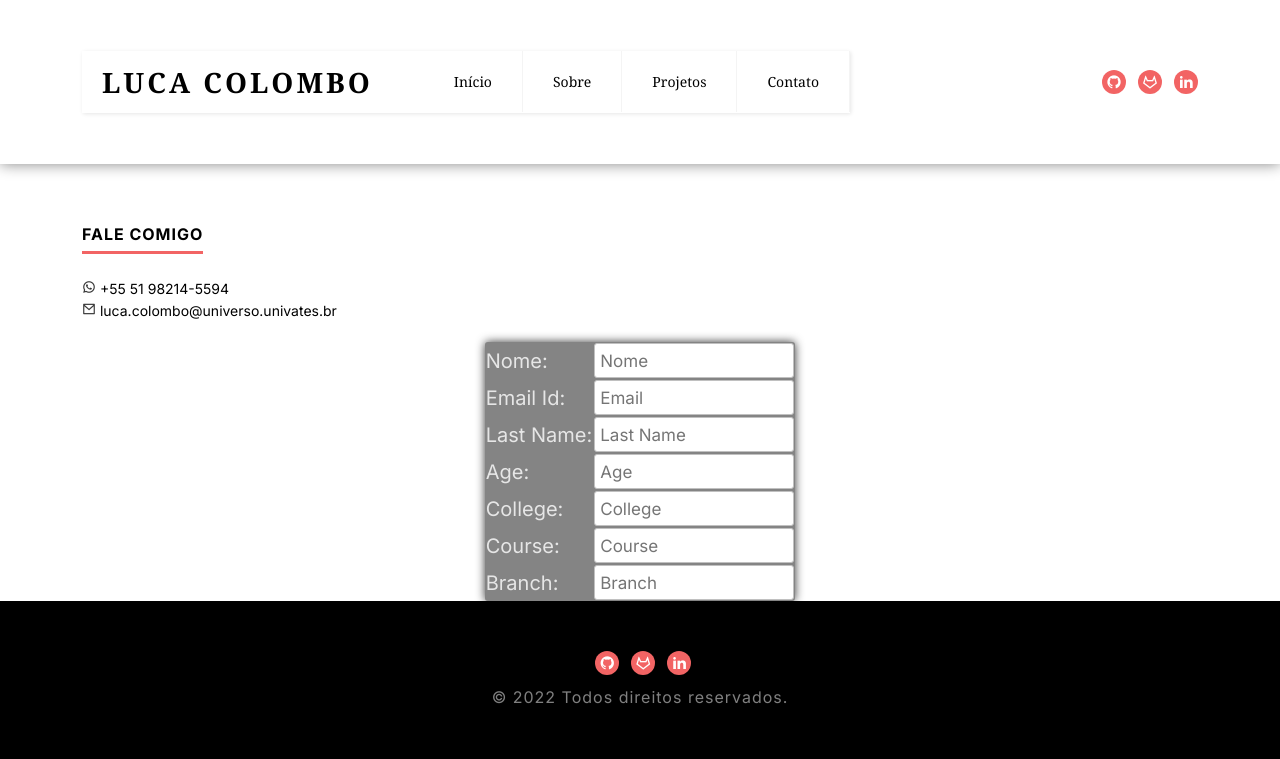
Repository: lxcxcxlxmb/portfolio
Page: contato.html
These files come from the project's save history. The page is drawn as it stood at one moment and after the next save; the edit follows.
The browser window is 1280 px wide. The pictures show the whole page.

Above is the page before, as saved 2022-05-25 16:46:53.

### contato.html
<!doctype html>
<html lang="pt-BR">

<head>
  <!-- Required meta tags -->
  <meta charset="utf-8">
  <meta name="viewport" content="width=device-width, initial-scale=1">
  <!-- Google Fots -->
  <link rel="preconnect" href="https://fonts.googleapis.com">
  <link rel="preconnect" href="https://fonts.gstatic.com" crossorigin>
  <link href="https://fonts.googleapis.com/css2?family=Inter:wght@100;200;300;400;500;600;700;800;900&display=swap"
    rel="stylesheet">
  <!-- Remixicon Icon -->
  <link href="https://cdn.jsdelivr.net/npm/remixicon@2.5.0/fonts/remixicon.css" rel="stylesheet">
  <!-- Remixicon Icon -->
  <!-- Bootstrap CSS -->
  <link href="https://cdn.jsdelivr.net/npm/bootstrap@5.0.2/dist/css/bootstrap.min.css" rel="stylesheet"
    integrity="sha384-EVSTQN3/azprG1Anm3QDgpJLIm9Nao0Yz1ztcQTwFspd3yD65VohhpuuCOmLASjC" crossorigin="anonymous">
  <link href="https://unpkg.com/aos@2.3.1/dist/aos.css" rel="stylesheet">
  <!-- Main CSS -->
  <link href="styles.css" rel="stylesheet">
  <link rel="stylesheet" href="reset.css">


  <title>contato</title>
</head>

<body>

  <!-- header -->
  <header class="ds-header" id="site-header">
    <div class="container">
      <div class="ds-header-inner">
        <!-- logo -->
        <a href="index.html" class="ds-logo">
          <span>L</span>Luca Colombo
        </a>
        <div class="header">
          <a href="index.html" class="logo">Luca Colombo</a>
          <input class="menu-btn" type="checkbox" id="menu-btn" />
          <label class="menu-icon" for="menu-btn"><span class="navicon"></span></label>
          <ul class="menu">
            <li><a href="index.html">Início</a></li>
            <li><a href="sobre.html">Sobre</a></li>
            <li><a href="projetos.html">Projetos</a></li>
            <li><a href="contato.html">Contato</a></li>
          </ul>
        </div>
        <!-- social -->
        <ul class="ds-social">
          <li><a href="https://github.com/lxcxcxlxmb" target="_blank"><i class="ri-github-fill"></i></a></li>
          <li><a href="https://gitlab.com/lxcxcxlxmbx" target="_blank"><i class="ri-gitlab-line"></i></a></li>
          <li><a href="https://www.linkedin.com/in/luca--colombo/" target="_blank"><i class="ri-linkedin-fill"></i></a>
          </li>
        </ul>
        <!-- social -->
      </div>
    </div>
  </header>
  <div class="ds-about-section">
    <div class="container">
      <section>
        <h2 class="ds-heading">Fale comigo</h2><br>
        <i class="ri-whatsapp-line"></i> <a href="tel:+5551982145594">+55 51 98214-5594</a><br>
        <i class="ri-mail-line"></i><a href="mailto:luca.colombo@universo.univates.br">
          luca.colombo@universo.univates.br</a><br><br>

<table align=center cellspacing=10>
 <th class="hidden_th">First Name:</th>
 <tr>
  <td class="column1">Nome:</td>
  <td><input type="text" placeholder="Nome"></td>
 </tr>

 <th class="hidden_th">Email Id:</th>
 <tr>
  <td class="column1">Email Id:</td>
  <td><input type="text" placeholder="Email"></td>
 </tr>

 <th class="hidden_th">Last Name:</th>
 <tr>
  <td class="column1">Last Name:</td>
  <td><input type="text" placeholder="Last Name"></td>
 </tr>

 <th class="hidden_th">Age:</th>
 <tr>
  <td class="column1">Age:</td>
  <td><input type="text" placeholder="Age"></td>
 </tr>

 <th class="hidden_th">College:</th>
 <tr>
  <td class="column1">College:</td>
  <td><input type="text" placeholder="College"></td>
 </tr>

 <th class="hidden_th">Course:</th>
 <tr>
  <td class="column1">Course:</td>
  <td><input type="text" placeholder="Course"></td>
 </tr>

 <th class="hidden_th">Branch:</th>
 <tr>
  <td class="column1">Branch:</td>
  <td><input type="text" placeholder="Branch"></td>
 </tr>



</table>
      </section>
    </div>
  </div>
  <footer class="ds-footer text-center">
    <div class="container">
      <section>
        <ul class="ds-social">
          <li><a href="https://github.com/lxcxcxlxmb" target="_blank"><i class="ri-github-fill"></i></a></li>
          <li><a href="https://gitlab.com/lxcxcxlxmbx" target="_blank"><i class="ri-gitlab-line"></i></a></li>
          <li><a href="https://www.linkedin.com/in/luca--colombo/" target="_blank"><i class="ri-linkedin-fill"></i></a>
          </li>
        </ul>
      </section>
      <span class="ds-copyright">© 2022 Todos direitos reservados.</span>
    </div>
  </footer>

</body>

</html>

### styles.css
/*
Theme Name: Jason Stroff

  1. >>> Headr Style
  2. >>> Banner Style
  3. >>> About Style
  4. >>> Skills Style
  5. >>> Experience Style
  6. >>> Work Style
  7. >>> Footer Style

*/
/*--------------------------------------------------------------
>>> TABLE OF CONTENTS:
----------------------------------------------------------------*/
html {
	font-family: 'Inter', sans-serif;
	background-color: #FFF
}

body {
	font-family: 'Inter', sans-serif;
	overflow-x: hidden;
	background-color: #FFF;
	font-weight: 400;
	font-style: normal;
	color: #373737;
	font-size: 14px
}

a,
a:hover,
a:focus,
i,
input,
button,
input:focus,
.transition {
	text-decoration: none;
	outline: none;
	transition-delay: 0s;
	transition-duration: 0.4s;
	transition-property: all;
	transition-timing-function: ease;
	box-shadow: none;
}

a {
	color: #000
}

iframe {
	border: 0;
	outline: none;
}

::-moz-selection {
	background: #000;
	text-shadow: none;
	color: #FFF
}

::selection {
	background: #000;
	text-shadow: none;
	color: #FFF
}

img {
	max-width: 100%;
	border: none;
	outline: none;
	height: auto;
}

input,
textarea {
	border-radius: 0;
	resize: none;
}

ul {
	padding: 0;
	margin: 0;
}

@font-face {
	font-family: 'Inter', sans-serif;
}

input:-webkit-autofill,
textarea:-webkit-autofill,
select:-webkit-autofill {
	background-color: transparent;
	background-image: none;
	color: #000;
}

/* 1.2 Typography */
h1,
h2,
h3,
h4,
h5,
h6 {
	font-family: 'Inter', sans-serif;
}

figure {
	margin: 0
}

svg,
img {
	max-width: 100%;
	height: auto;
}

/*-----------------------------------------------------------------
  1. >>> Headr Style
----------------------------------------------------------------*/
.ds-header {
	position: relative;
	top: 0;
	width: 100%;
	z-index: 5;
	background-color: #FFF;
	padding: 70px 0;
	transition-delay: 0s;
	transition-duration: 0.4s;
	transition-property: all;
	transition-timing-function: ease;
	box-shadow: 0 0 1em #858585;
	display: flex;
	align-items: center;
	justify-content: space-between;
}

.ds-header.ds-fixed-header {
	padding: 20px 0;
	box-shadow: 0px 0px 20px rgba(0, 0, 0, 0.25);
}

.ds-header-inner {
	display: flex;
	justify-content: space-between;
	align-items: center;
}

.logo {
	font-family:Georgia, 'Times New Roman', Times, serif;
	text-transform: uppercase;
	font-weight: bold;
	font-size: 18px;
	letter-spacing: 3px;
	color: #000;
	display: flex;
	align-items: center;
	flex-wrap: nowrap;
}

.logo span {
	display: flex;
	align-items: center;
	justify-content: center;
	width: 40px;
	height: 40px;
	background-color: #000;
	border-radius: 4px;
	color: #FFF;
	font-size: 22px;
	font-weight: 600;
	text-align: center;
}

.logo:hover {
	color: #F26464;
}

.ds-social {
	list-style: none;
	display: flex;
	align-items: center;
	flex-wrap: wrap;
}

.ds-social li {
	margin-left: 12px;
}

.ds-social li:first-child {
	margin-left: 0;
}

.ds-social li a {
	border-radius: 100%;
	color: #FFF;
	width: 24px;
	height: 24px;
	background-color: #F26464;
	display: flex;
	justify-content: center;
	align-items: center;
	text-align: center;
	font-size: 16px;
}

.ds-social li a:hover {
	background-color: #000;
	color: #FFF;
}

/*.ds-navbar {
	display: inline-block;
	color: #373737;
	font-size: 16px;
	padding: 10px 20px;
	background-color: #FFF;
	margin-right: 15px;
	margin-bottom: 15px;
	margin-top: 15px;
	font-weight: 500;
}*/

.activ {
	color: #fff;
	background-color: #FF0077;
}

.inactiv {
	color: #494949;
}

.inactiv:hover {
	color: #FF0077;
}

.header {
	background-color: #fff;
	box-shadow: 1px 1px 4px 0 rgba(0,0,0,.1);
	position: absolute;
	align-items: center;
	vertical-align: middle;
	width: 60%;
	z-index: 3;
  }

  .header ul {
	margin: 0;
	padding: 0;
	font-family:Georgia, 'Times New Roman', Times, serif;
	list-style: none;
	overflow: hidden;
	background-color: #fff;
  }

  .header li a {
	display: block;
	padding: 20px 20px;
	border-right: 1px solid #f4f4f4;
	text-decoration: none;
  }

  .header li a:hover,
  .header .menu-btn:hover {
	background-color: #f4f4f4;
	color: #F26464;
  }

  .header .logo {
	display: block;
	float: left;
	font-size: 2em;
	padding: 10px 20px;
	text-decoration: none;
  }

  /* menu */

  .header .menu {
	clear: both;
	max-height: 0;
	transition: max-height .2s ease-out;
  }

  /* menu icon */

  .header .menu-icon {
	cursor: pointer;
	display: inline-block;
	float: right;
	padding: 28px 20px;
	position: relative;
	user-select: none;
  }

  .header .menu-icon .navicon {
	background: #333;
	display: block;
	height: 2px;
	position: relative;
	transition: background .2s ease-out;
	width: 18px;
  }

  .header .menu-icon .navicon:before,
  .header .menu-icon .navicon:after {
	background: #333;
	content: '';
	display: block;
	height: 100%;
	position: absolute;
	transition: all .2s ease-out;
	width: 100%;
  }

  .header .menu-icon .navicon:before {
	top: 5px;
  }

  .header .menu-icon .navicon:after {
	top: -5px;
  }

  /* menu btn */

  .header .menu-btn {
	display: none;
  }

  .header .menu-btn:checked ~ .menu {
	max-height: 240px;
  }

  .header .menu-btn:checked ~ .menu-icon .navicon {
	background: transparent;
  }

  .header .menu-btn:checked ~ .menu-icon .navicon:before {
	transform: rotate(-45deg);
  }

  .header .menu-btn:checked ~ .menu-icon .navicon:after {
	transform: rotate(45deg);
  }

  .header .menu-btn:checked ~ .menu-icon:not(.steps) .navicon:before,
  .header .menu-btn:checked ~ .menu-icon:not(.steps) .navicon:after {
	top: 0;
  }

  /* 48em = 768px */

  @media (min-width: 48em) {
	.header li {
	  float: left;
	}
	.header li a {
	  padding: 20px 30px;
	}
	.header .menu {
	  clear: none;
	  float: right;
	  max-height: none;
	}
	.header .menu-icon {
	  display: none;
	}
  }

/*-----------------------------------------------------------------
  2. >>> Banner Style
----------------------------------------------------------------*/
.ds-banner section {
	padding-left: 70px;
	padding-right: 00px;
}

.ds-banner section h1 span {
	display: block;
	text-transform: uppercase;
	letter-spacing: 1px;
	font-weight: 500;
	font-size: 16px;
	padding-top: 30px;
}

.ds-banner section h1 {
	font-weight: 600;
	font-size: 48px;
	line-height: 60px;
	color: #000;
}

.ds-numbervalulist {
	list-style: none;
	display: flex;
	align-items: center;
	flex-wrap: wrap;
	margin: 0;
	padding: 0;
	margin-top: 60px;
}

.ds-numbervalulist li {
	margin-right: 60px;
}

.ds-numbervalulist li:last-child {
	margin-right: 0;
}

.ds-numbervalulist strong {
	display: block;
	color: #F26464;
	font-size: 36px;
	font-weight: 800;
}

.ds-numbervalulist span {
	font-size: 16px;
	letter-spacing: 1px;
}

/*-----------------------------------------------------------------
  3. >>> About Style
----------------------------------------------------------------*/
.ds-about-section {
	padding-top: 60px;
	padding-bottom: 0px;
}

.ds-heading {
	display: inline-block;
	font-weight: 700;
	color: #000;
	text-transform: uppercase;
	letter-spacing: 1px;
	font-size: 16px;
	border-bottom: 3px solid #F26464;
	padding-bottom: 7px;
	margin-bottom: 23px;
}

.ds-headingproj {
	display: inline-block;
	font-weight: 700;
	color: #000;
	text-transform: uppercase;
	letter-spacing: 1px;
	font-size: 16px;
	border-bottom: 3px solid #F26464;
	padding-bottom: 7px;
	margin-bottom: 23px;
}

.ds-about-section p {
	color: #373737;
	font-size: 24px;
	line-height: 40px;
	font-weight: 300;
	margin-bottom: 60px;
}

.ds-button {
	display: inline-block;
	text-transform: uppercase;
	font-size: 12px;
	line-height: 13px;
	font-weight: 600;
	letter-spacing: 3px;
	color: #F26464;
	padding: 17px 30px;
	border: 2px solid #F26464;
	border-radius: 60px;
}

.ds-button:hover {
	background-color: #F26464;
	color: #FFF;
}

.ds-arrow-button i {
	display: inline-block;
	vertical-align: middle;
}

/*-----------------------------------------------------------------
  4. >>> Skills Style
----------------------------------------------------------------*/
.ds-skills-section {
	padding-bottom: 105px;
}

.ds-skills-list {
	list-style: none;
	padding: 0;
	margin: 0;
	display: flex;
	flex-wrap: wrap;
	align-items: center;
	margin-top: 11px;
}

.ds-skills-list li {
	display: inline-block;
	color: #373737;
	font-size: 16px;
	padding: 10px 20px;
	background-color: #FFF;
	border: 1px solid #D7D7D7;
	border-radius: 27px;
	margin-right: 15px;
	margin-bottom: 15px;
	font-weight: 500;
}

/*-----------------------------------------------------------------
  5. >>> Experience Style
----------------------------------------------------------------*/
.ds-experience-section {
	padding-bottom: 120px;
}

.ds-experience-list section {
	padding-right: 70px;
}

.ds-experience-list {
	padding-top: 15px;
}

.ds-officename {
	font-size: 24px;
	font-weight: 300;
	margin-bottom: 10px;
}

.ds-experience-list span {
	display: block;
}

span.ds-year {
	color: #373737;
	font-size: 14px;
	font-weight: 700;
	padding-bottom: 10px;
}

span.ds-department {
	color: #373737;
	font-weight: 500;
	font-size: 18px;
	padding-bottom: 30px;
}

.ds-experience-list p {
	font-size: 16px;
	line-height: 24px;
	font-weight: 300;
}

.ds-experience-list ul {
	list-style: none;
	padding: 0;
	margin: 0;
	padding-top: 10px;
}

.ds-experience-list ul li {
	font-size: 16px;
	line-height: 24px;
	font-weight: 300;
	padding-left: 28px;
	position: relative;
	margin-bottom: 20px;
}

.ds-experience-list ul li:before {
	content: "";
	position: absolute;
	left: 0;
	top: 10px;
	border-radius: 100%;
	width: 8px;
	height: 8px;
	background-color: #373737;
}

/*-----------------------------------------------------------------
  6. >>> Work Style
----------------------------------------------------------------*/
.ds-work-section {
	padding-bottom: 80px;
}

.ds-work-list {
	padding-left: 70px;
	padding-top: 40px;
	padding-right: 70px;
	background-color: #F6F8FA;
	margin-bottom: 40px;
}

.ds-work-list section {
	padding-top: 20px;
	padding-right: 120px;
}

.ds-work-tilte {
	color: #000;
	font-size: 30px;
	line-height: 36px;
	font-weight: 600;
	margin-bottom: 30px;
}

.ds-work-list p {
	font-weight: 300;
	font-size: 18px;
	line-height: 30px;
}

.ds-work-list .ds-button {
	margin-top: 20px;
}

.ds-work-det-hed {
	padding-top: 42px;
	padding-bottom: 80px;
}

.ds-work-det-title {
	font-weight: 600;
	color: #000;
	font-size: 48px;
	margin-bottom: 20px;
}

.ds-work-det-dep {
	display: block;
	font-weight: 600;
	color: #000;
	font-size: 18px;
}

.ds-work-content-sec {
	padding: 100px 0;
}

.ds-work-content-sec p {
	font-size: 18px;
	line-height: 36px;
	margin-bottom: 30px;
}

.ds-work-content-sec h2 {
	font-size: 30px;
	font-weight: 700;
	margin-bottom: 30px;
}

.ds-work-content-sec ul {
	list-style: none;
	padding: 0;
	margin: 0;
}

.ds-work-content-sec li {
	font-size: 18px;
	line-height: 36px;
	padding-left: 28px;
	position: relative;
	margin-bottom: 20px;
}

.ds-work-content-sec li:before {
	content: "";
	position: absolute;
	left: 0;
	top: 13px;
	border-radius: 100%;
	width: 8px;
	height: 8px;
	background-color: #373737;
}

/*-----------------------------------------------------------------
  7. >>> Footer Style
----------------------------------------------------------------*/
.ds-footer {
	background-color: #000;
	padding: 50px 0;
}

.ds-footer section {
	padding-bottom: 10px;
}

.ds-footer section span {
	color: rgba(255, 255, 255, 0.5);
	text-transform: uppercase;
	font-weight: 700;
	font-size: 16px;
	letter-spacing: 1px;
	display: block;
	padding-bottom: 20px;
}

.ds-footer section h4 {
	color: #FFF;
	font-size: 48px;
	font-weight: 700;
}

.ds-footer section p {
	letter-spacing: 1.13px;
	color: #FFF;
	font-size: 18px;
	margin-bottom: 40px;
}

.ds-footer ul {
	margin-left: 46%;
}

.ds-copyright {
	color: rgba(255, 255, 255, 0.5);
	letter-spacing: 1px;
	font-size: 16px;
}

.ds-copyright a {
	color: rgba(255, 255, 255, 0.5);
}

.ds-copyright a:hover {
	color: #F26464;
}



/*-------------------------------------------------------------------------------
 Responsive XS Style @media (max-width: 767px)
-------------------------------------------------------------------------------*/
@media (max-width: 768px) {

	.ds-header,
	.ds-header.ds-fixed-header {
		padding: 15px 0;
	}

	.ds-banner,
	.ds-about-section,
	.ds-skills-section,
	.ds-experience-section,
	.ds-work-section,
	.ds-work-details-section {
		padding-left: 10px;
		padding-right: 10px;
	}

	/*.ds-logo {
		font-size: 0;
	}*/

	.ds-banner figure {
		padding: 30px 0;
	}

	.ds-banner section {
		padding-left: 0;
		padding-right: 0;
	}

	.ds-banner section h1 span {
		padding-bottom: 0;
	}

	.ds-banner section h1,
	.ds-work-det-title {
		font-size: 30px;
		line-height: 40px;
	}

	.ds-numbervalulist {
		margin-top: 20px;
	}

	.ds-numbervalulist li {
		margin-right: 30px;
	}

	.ds-numbervalulist strong {
		font-size: 30px;
	}

	.ds-numbervalulist span {
		font-size: 14px;
	}

	.ds-about-section {
		padding-bottom: 60px;
	}

	.ds-about-section p,
	.ds-work-content-sec p,
	.ds-work-content-sec li {
		font-size: 15px;
		line-height: 30px;
		margin-bottom: 0px;
	}

	.ds-skills-list li {
		margin-right: 10px;
		margin-bottom: 10px;
		font-size: 14px;
	}

	.ds-skills-section .col-12,
	.ds-experience-list .col-12 {
		margin-bottom: 40px;
	}

	.ds-skills-section,
	.ds-work-section,
	.ds-experience-section {
		padding-bottom: 0;
	}

	.ds-experience-list section {
		padding-right: 0;
	}

	.ds-work-list {
		padding: 30px;
	}

	.ds-work-list p {
		font-size: 15px;
		line-height: 30px;
	}

	.ds-footer {
		padding: 60px 10px;
	}

	.ds-footer section h4 {
		font-size: 40px;
	}

	.ds-copyright {
		font-size: 14px;
	}

	.ds-footer section {
		padding-bottom: 30px;
	}

	.ds-footer ul {
		margin-left: 36%;
	}

	.ds-button {
		padding: 11px 10px;
	}

	.ds-work-details-section {
		padding-top: 30px;
	}

	.ds-work-det-title {
		margin-bottom: 7px;
	}

	.ds-work-content-sec h2 {
		font-size: 20px;
	}

	.ds-work-content-sec {
		padding: 30px 0;
	}

	.ds-work-list section {
		padding-right: 0;
		padding-bottom: 30px;
	}

	.ds-headingproj {
		margin-top: 30px;
	}
}

@media (min-width: 768px) and (max-width: 991px) {
	.ds-work-list section {
		padding-right: 30px;
	}

}

@media (min-width: 992px) and (max-width: 1199px) {
	.ds-banner section {
		padding-right: 0;
	}

	.ds-work-list section {
		padding-right: 30px;
		padding-bottom: 60px;
	}


}



table
{
 border-radius:3px;
 box-shadow:0px 0px 10px 0px;
 padding:10px;
 background-color:#848484;
}
table td
{
 font-size:20px;
 color:#E6E6E6;
}
table th
{
 visibility:hidden;
 display:none;
}
input[type="text"]
{
 width:200px;
 height:35px;
 border:1px solid silver;
 border-radius:3px;
 font-size:17px;
 padding:5px;
}

### reset.css
/*
html, body, div, span, applet, object, iframe,
h1, h2, h3, h4, h5, h6, p, blockquote, pre,
a, abbr, acronym, address, big, cite, code,
del, dfn, em, img, ins, kbd, q, s, samp,
small, strike, strong, sub, sup, tt, var,
b, u, i, center,
dl, dt, dd, ol, ul, li,
fieldset, form, label, legend,
table, caption, tbody, tfoot, thead, tr, th, td,
article, aside, canvas, details, embed,
figure, figcaption, footer, header, hgroup,
menu, nav, output, ruby, section, summary,
time, mark, audio, video {
	margin: 0;
	padding: 0;
	border: 0;
	font-size: 100%;
	font: inherit;
	vertical-align: baseline;
}
/* HTML5 display-role reset for older browsers */
/*
article, aside, details, figcaption, figure,
footer, header, hgroup, menu, nav, section {
	display: block;
}
body {
	line-height: 1;
}
ol, ul {
	list-style: none;
}
blockquote, q {
	quotes: none;
}
blockquote:before, blockquote:after,
q:before, q:after {
	content: '';
	content: none;
}
table {
	border-collapse: collapse;
	border-spacing: 0;
}*/

After the next save:
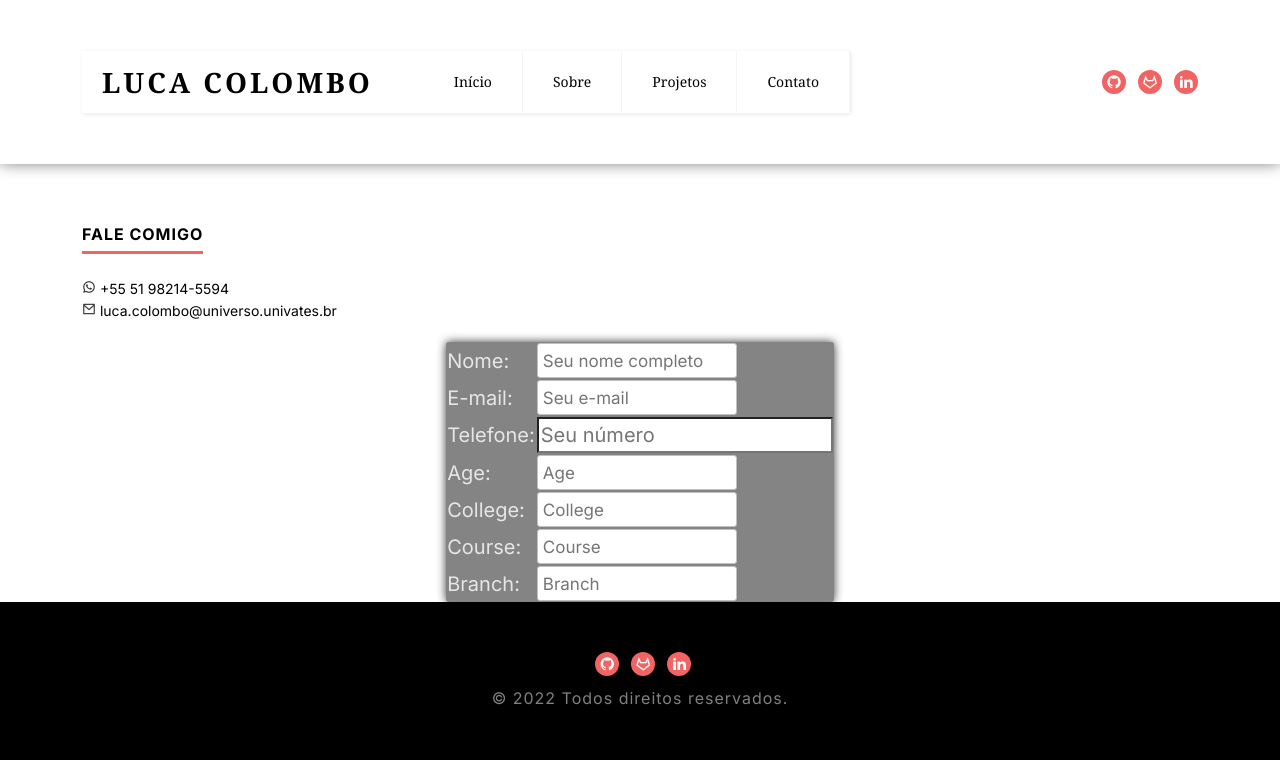
Saved 3 min 1 s later.
--- a/contato.html
+++ b/contato.html
@@ -69,19 +69,19 @@
  <th class="hidden_th">First Name:</th>
  <tr>
   <td class="column1">Nome:</td>
-  <td><input type="text" placeholder="Nome"></td>
+  <td><input type="text" placeholder="Seu nome completo"></td>
  </tr>
 
  <th class="hidden_th">Email Id:</th>
  <tr>
-  <td class="column1">Email Id:</td>
-  <td><input type="text" placeholder="Email"></td>
+  <td class="column1">E-mail:</td>
+  <td><input type="text" placeholder="Seu e-mail"></td>
  </tr>
 
- <th class="hidden_th">Last Name:</th>
+ <th class="hidden_th">Telefone:</th>
  <tr>
-  <td class="column1">Last Name:</td>
-  <td><input type="text" placeholder="Last Name"></td>
+  <td class="column1">Telefone:</td>
+  <td><input type="tel" placeholder="Seu número"></td>
  </tr>
 
  <th class="hidden_th">Age:</th>
